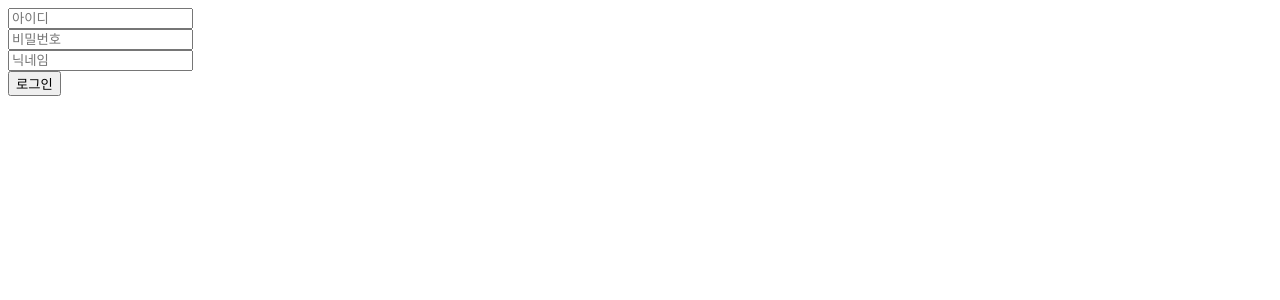
Repository: dev-leeJin/jsp-practice
Page: http://localhost/JSPBasic/JspObject/5.session/session_login.jsp
These files come from the project's save history. The page is drawn as it stood at one moment and after the next save; the edit follows.
The browser window is 1280 px wide. The pictures show the whole page.
The page is served by Tomcat 9.

Above is the page before, as saved 2022-02-08 03:10:46.

### JSPBasic/src/main/webapp/JspObject/5.session/session_login.jsp
<%@ page language="java" contentType="text/html; charset=UTF-8"
    pageEncoding="UTF-8"%>
<!DOCTYPE html>
<html>
<head>
<meta charset="UTF-8">
<title>Insert title here</title>
</head>
<body>
	<form action="session_login_check.jsp" method="post">
		<input type="text" name="id" placeholder = "아이디"><br/>
		<input type="password" name="pw" placeholder = "비밀번호"><br/>
		<input type="text" name="nicname" placeholder = "닉네임"><br/>
		<input type = "submit" value="로그인">
	</form>
</body>
</html>

After the next save:
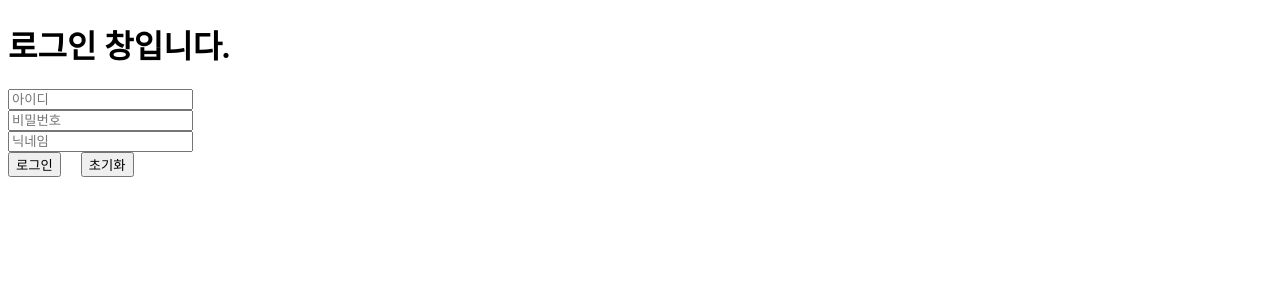
Saved 57 s later.
--- a/JSPBasic/src/main/webapp/JspObject/5.session/session_login.jsp
+++ b/JSPBasic/src/main/webapp/JspObject/5.session/session_login.jsp
@@ -7,11 +7,13 @@
 <title>Insert title here</title>
 </head>
 <body>
+	<h1>로그인 창입니다.</h1>
 	<form action="session_login_check.jsp" method="post">
 		<input type="text" name="id" placeholder = "아이디"><br/>
 		<input type="password" name="pw" placeholder = "비밀번호"><br/>
 		<input type="text" name="nicname" placeholder = "닉네임"><br/>
-		<input type = "submit" value="로그인">
+		<input type = "submit" value="로그인"> &nbsp;&nbsp;&nbsp;
+		<input type = "reset" value="초기화">
 	</form>
 </body>
 </html>
